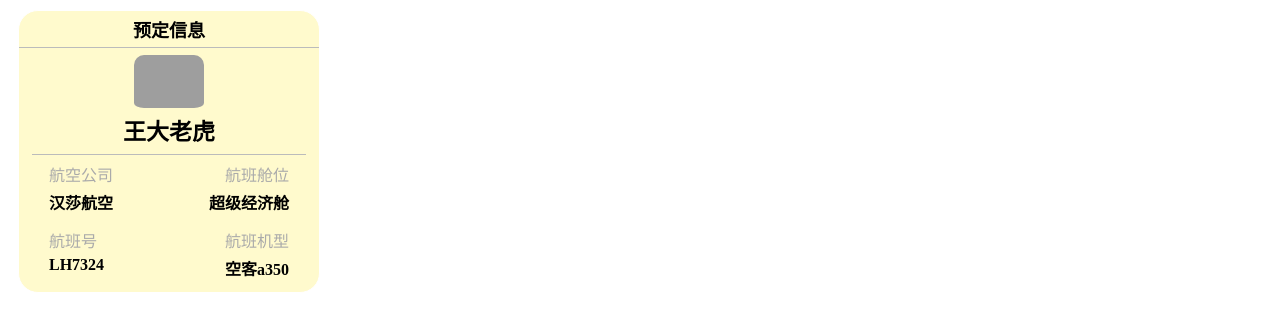
Repository: xzm1997/react-learning
Page: /
These files come from the project's save history. The page is drawn as it stood at one moment and after the next save; the edit follows.
The browser window is 1280 px wide. The pictures show the whole page.
Pictures or frames that could not be fetched are drawn as grey boxes. The project was rebuilt for these pictures with package versions that can differ from the ones it lists, and the page was loaded fresh each time. Also part of the build but not shown: src/index.css.

Above is the page before, as saved 2023-01-31 11:45:23.

### src/index.js
import React from 'react';
import ReactDOM from 'react-dom/client';
import './index.css';

import BookInfo from './component/BookInfo.js'


export function Root() {
  const userName = '王大老虎';
  const ticketInfo = {
    airline : '汉莎航空',
    flightNum : 'LH7324',
    level : '超级经济舱',
    plane : '空客a350'
  }
  return (
    <div>
      <BookInfo
        userName={userName}
        ticketInfo={ticketInfo}
      />
    </div>
  )
}

// ========================================

const root = ReactDOM.createRoot(document.getElementById("root"));
root.render(<Root />);

### src/component/BookInfo.js
import './BookInfo.css'

export function UserInfo(props) {
  return (
    <div className='userInfo'>
      <img
        src='https://img1.baidu.com/it/u=1964469406,3571897169&fm=253&fmt=auto&app=138&f=JPEG?w=500&h=500'
        alt='ava'
        className='ava'
      ></img>
      <div className='userName'>{props.userName}</div>
    </div>
  )
}

export function InfoShow(props) {
  return (
    <div className='infoShow'>
      <div className='bookTitle'>{props.title}</div>
      <div className='bookContent'>{props.content}</div>
    </div>
  )
}

export default function BookInfo(props) {
  return (
    <div className='contentDisplay'>
      <div className='totalTitle'>预定信息</div>
      <UserInfo userName={props.userName} />
      <div className='infoDisplay'>
        <div className='infoItem leftSide'>
          <InfoShow title='航空公司' content={props.ticketInfo.airline}/>
          <InfoShow title='航班号' content={props.ticketInfo.flightNum}/>
        </div>
        <div className='infoItem rightSide'>
          <InfoShow title='航班舱位' content={props.ticketInfo.level}/>
          <InfoShow title='航班机型' content={props.ticketInfo.plane}/>
        </div>
      </div>
    </div>
    )
}

### src/component/BookInfo.css
.contentDisplay {
  width: 300px;
  border: solid 1px #fff;
  background: lemonchiffon;
  border-radius: 20px;
  padding:5px 0;
  margin: 10px;
  display: flex;
  flex-direction: column;
  align-items: center;
}

.userInfo {
  display: flex;
  flex-direction: column;
  align-items: center;
  width: 260px;
  padding: 7px;
  border-bottom: solid 1px #bbb;
}

.ava {
  width: 70px;
  border-radius: 10px;
  padding-bottom: 5px;
}

.userName {
  font-weight: 700;
  font-size: 23px;
}

.bookTitle {
  color: #aaa;
}

.totalTitle {
  font-size: 18px;
  font-weight: 700;
  text-align: center;
  width: 300px;
  padding-bottom: 5px;
  border-bottom: solid 1px #bbb;
}

.bookContent {
  font-weight: 700;
}

.infoShow {
  padding: 5px 0;
}

.bookTitle {
  padding: 2px 0;
}

.bookContent {
  padding: 2px 0;
}

.infoDisplay {
  display: flex;
}

.infoItem {
  width: 120px;
}

.rightSide {
  text-align: right;
}

Loaded but not shown: public/index.html (common file)

After the next save:
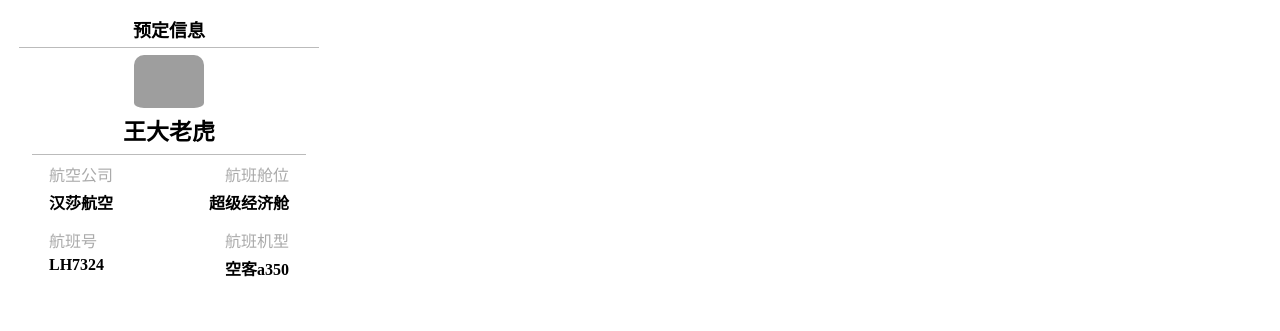
Saved 10 days later.
--- a/src/component/BookInfo.css
+++ b/src/component/BookInfo.css
@@ -1,7 +1,7 @@
 .contentDisplay {
   width: 300px;
   border: solid 1px #fff;
-  background: lemonchiffon;
+  /* background: lemonchiffon; */
   border-radius: 20px;
   padding:5px 0;
   margin: 10px;
